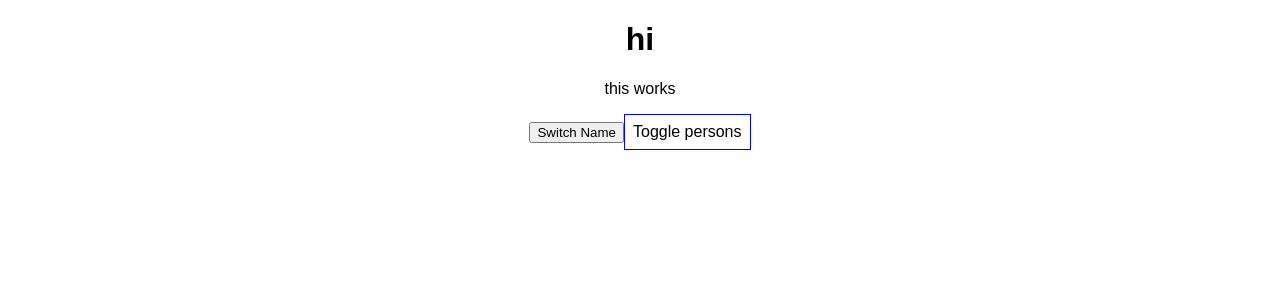
Repository: toni783/udemy_react
Page: / (app in react-complete-guide/)
These files come from the project's save history. The page is drawn as it stood at one moment and after the next save; the edit follows.
The browser window is 1280 px wide. The pictures show the whole page.
The project was rebuilt for these pictures with package versions that can differ from the ones it lists, and the page was loaded fresh each time. Also part of the build but not shown: react-complete-guide/src/Person/Person.js.

Above is the page before, as saved 2020-01-27 11:48:38.

After the next save:
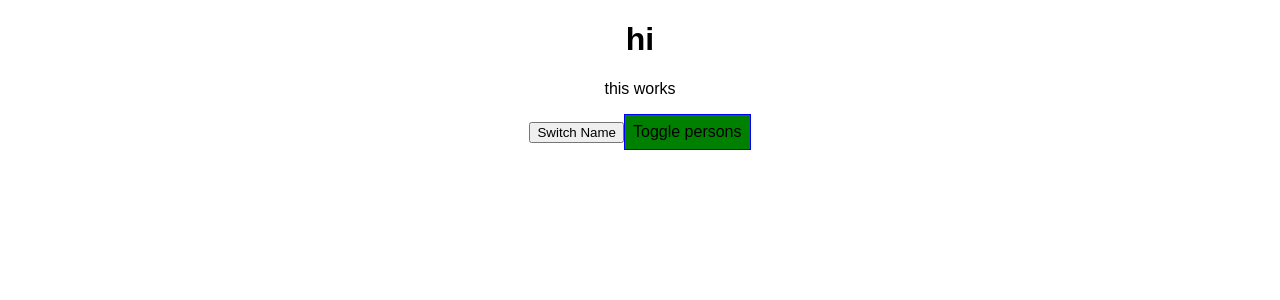
Saved 107 s later.
--- a/react-complete-guide/src/App.js
+++ b/react-complete-guide/src/App.js
@@ -7,7 +7,7 @@ import "./App.css";
 import Person from "./Person/Person";
 
 const StyledButton = styled.button`
-  background-color: white;
+  background-color: ${props => (props.alt ? "red" : "green")};
   font: inherit;
   border: 1px solid blue;
   padding: 8px;
